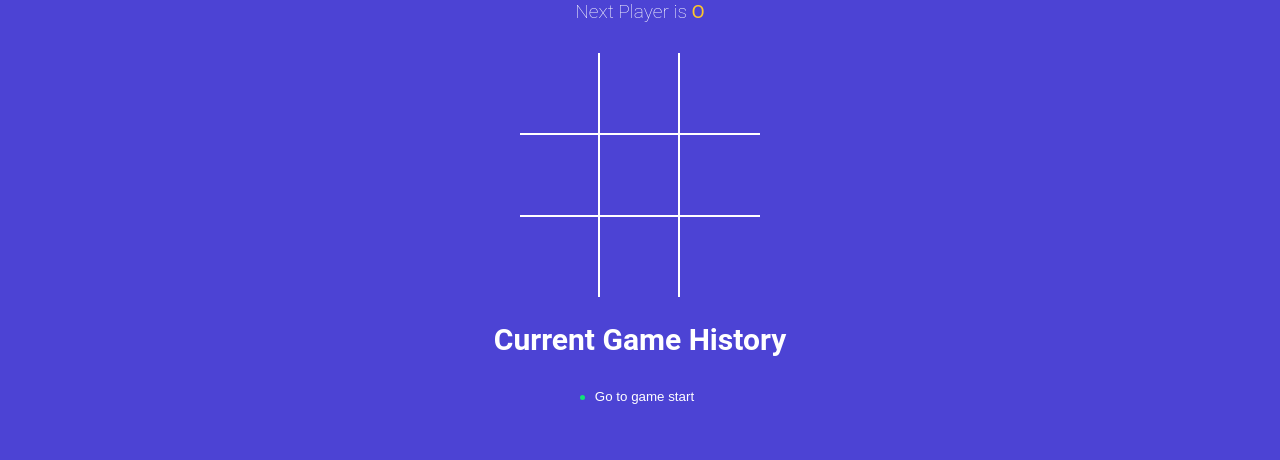
Repository: NoobAjay/tictactoe-game
Page: /
These files come from the project's save history. The page is drawn as it stood at one moment and after the next save; the edit follows.
The browser window is 1280 px wide. The pictures show the whole page.
The project was rebuilt for these pictures with package versions that can differ from the ones it lists, and the page was loaded fresh each time. Also part of the build but not shown: vite.config.js.

Above is the page before, as saved 2023-03-22 14:17:52.

After the next save:
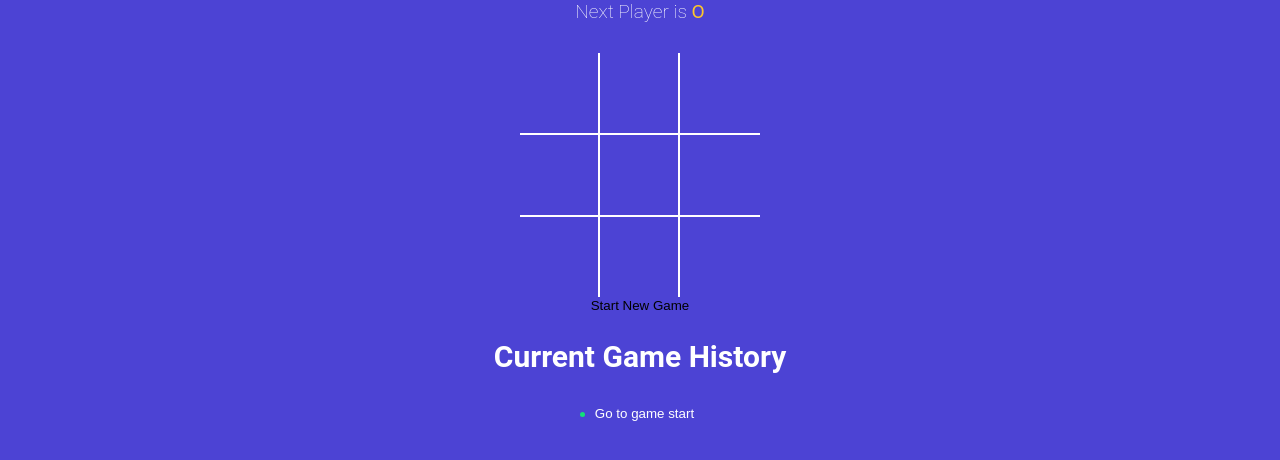
Saved 2 min 17 s later.
--- a/src/App.jsx
+++ b/src/App.jsx
@@ -52,6 +52,11 @@ function App() {
     setCurrentMove(move);
   };
 
+  const onNewGameStart = () => {
+    setHistory(NEW_GAME);
+    setCurrentMove(0);
+  };
+
   return (
     <div className="app">
       <StatusMessage winner={winner} gamingBoard={gamingBoard} />
@@ -59,6 +64,9 @@ function App() {
         squares={gamingBoard.squares}
         handleSquareClick={handleSquareClick}
       />
+      <button type="button" onClick={onNewGameStart}>
+        Start New Game
+      </button>
       <h2>Current Game History</h2>
       <History history={history} moveTo={moveTo} currentMove={currentMove} />
     </div>
